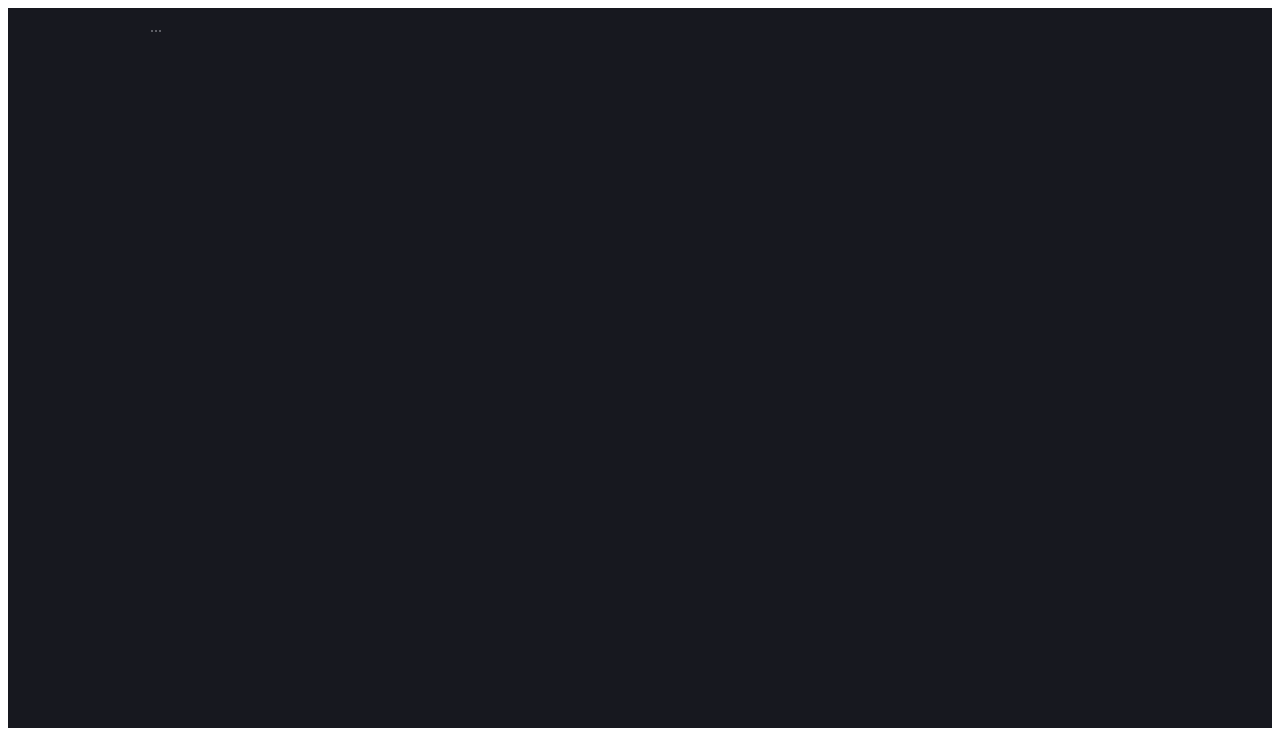
Repository: Wink07/lista-tarefas
Page: /
An editor plug-in stored every save of this project. The page is shown before and after the next save, followed by the edit.
The browser window is 1280 px wide. The pictures show the whole page.
The project was rebuilt for these pictures with package versions that can differ from the ones it lists, and the page was loaded fresh each time. Also part of the build but not shown: vite.config.ts.

Above is the page before, as saved 2022-05-10 18:00:40.

After the next save:
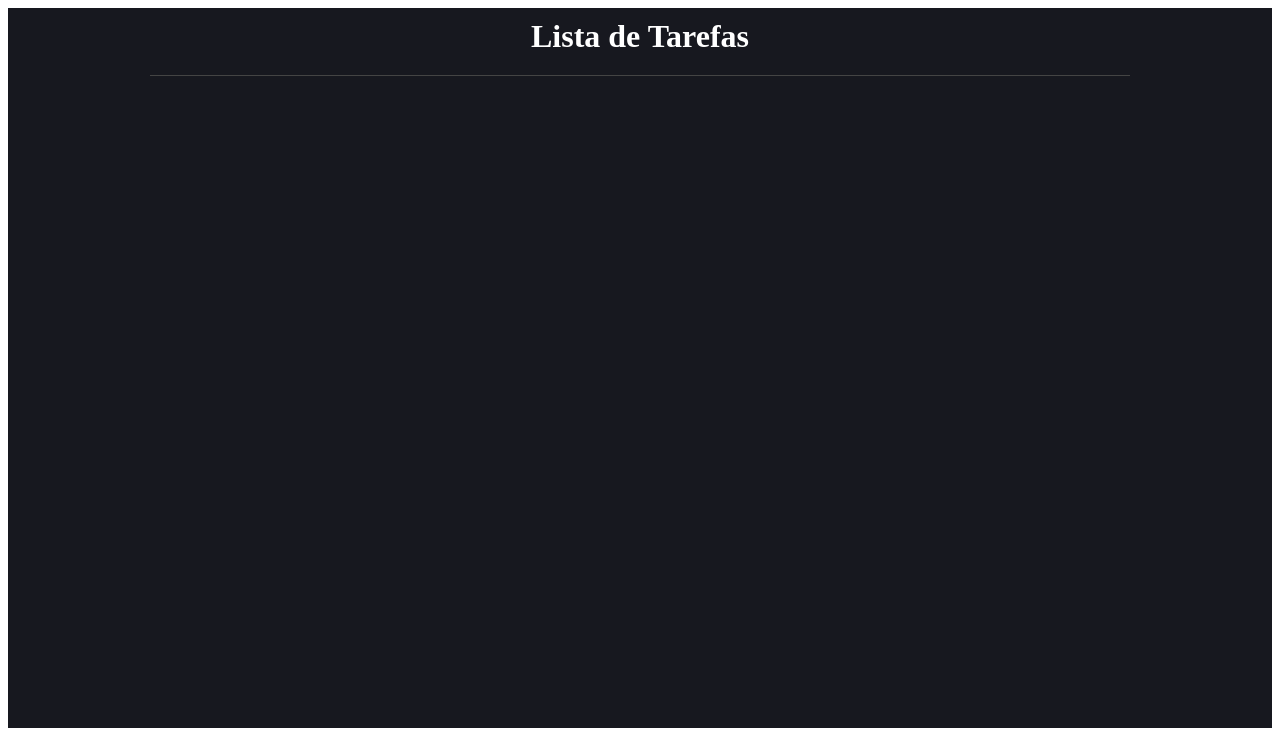
Saved 23 s later.
--- a/src/App.tsx
+++ b/src/App.tsx
@@ -4,7 +4,7 @@ export const App = () => {
   return (
     <C.Container>
       <C.Area>
-        ...
+        <C.Header>Lista de Tarefas</C.Header>
       </C.Area>
     </C.Container>
   )
